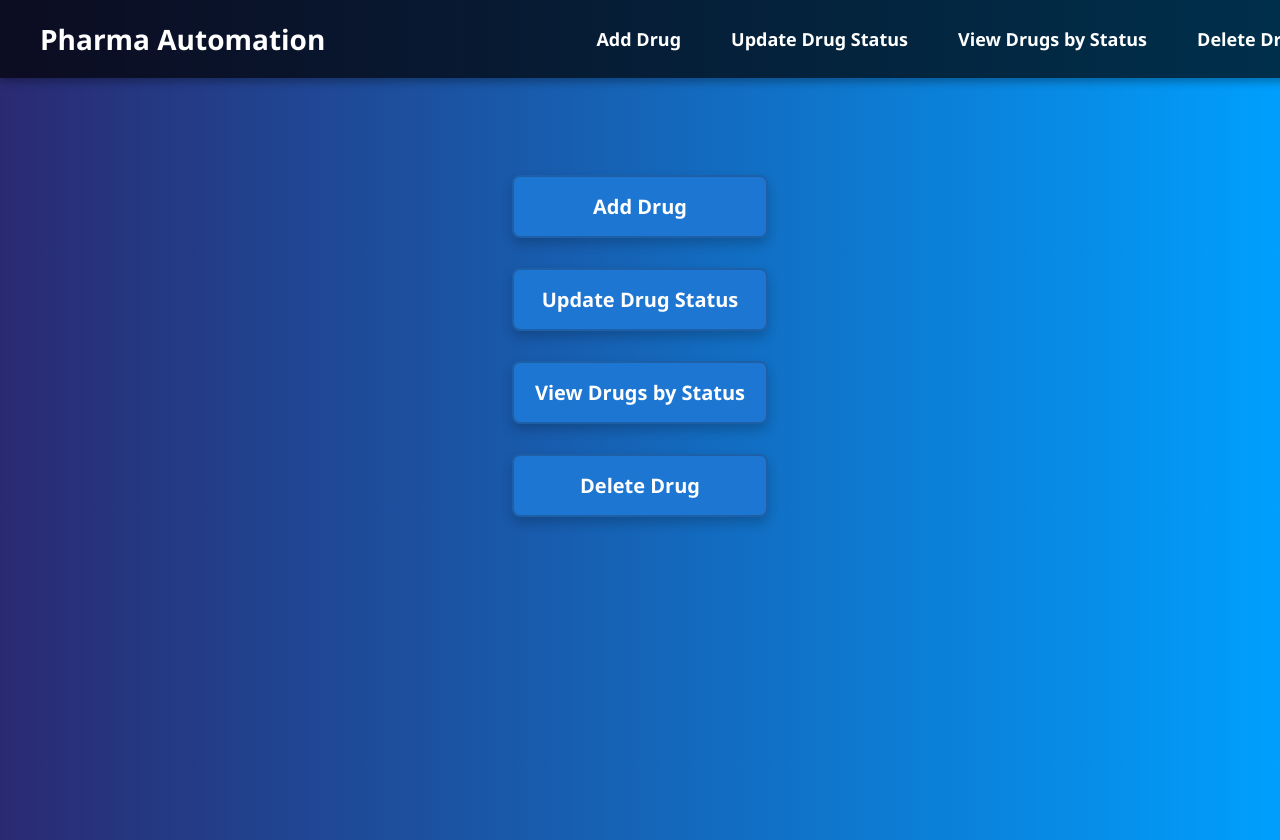
Repository: Clarrieous/Infosys-intern
Page: http://localhost/index
An editor plug-in stored every save of this project. The page is shown before and after the next save, followed by the edit.
The browser window is 1280 px wide. The pictures show the whole page.
The page is this project's Thymeleaf template; nobody is signed in. The template is opened directly, without the code that normally fills it, so the values that code supplies are empty.

Above is the page before, as saved 2024-12-08 12:55:46.

After the next save:
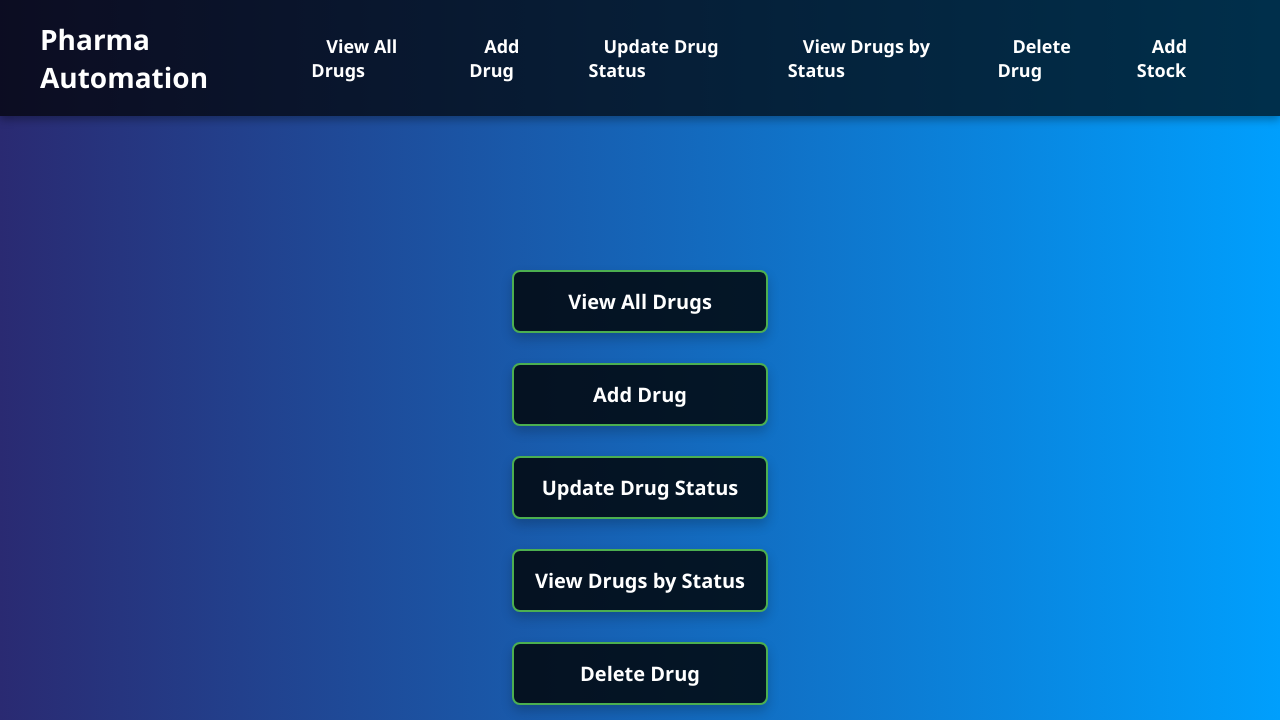
Saved 48 s later.
--- a/ClientService/src/main/resources/templates/index.html
+++ b/ClientService/src/main/resources/templates/index.html
@@ -14,23 +14,16 @@
             height: 100vh;
             display: flex;
             flex-direction: column;
-            align-items: center;
-            padding-top: 120px; /* Increased space for the fixed navbar */
+            justify-content: space-between;
         }
 
         .navbar {
-            width: 100%;
-            position: fixed; /* Fix the navbar to the top */
-            top: 0;
-            left: 0;
             display: flex;
             justify-content: space-between;
             align-items: center;
             padding: 20px 40px;
             background-color: rgba(0, 0, 0, 0.7);
             box-shadow: 0 4px 8px rgba(0, 0, 0, 0.3);
-            z-index: 1000; /* Ensure navbar stays on top */
-            flex-wrap: wrap; /* Allow wrapping on smaller screens */
         }
 
         .navbar h1 {
@@ -45,7 +38,6 @@
             margin: 0;
             padding: 0;
             display: flex;
-            flex-wrap: wrap; /* Ensure items wrap on small screens */
         }
 
         .navbar ul li {
@@ -63,7 +55,7 @@
         }
 
         .navbar ul li a:hover {
-            background-color: #1873b7;
+            background-color: #4CAF50;
             color: white;
         }
 
@@ -84,36 +76,36 @@
             font-size: 20px;
             font-weight: bold;
             color: #fff;
-            background-color: #1c76d2;
+            background-color: rgba(0, 0, 0, 0.8);
             text-decoration: none;
-            border: 2px solid #1e60a8;
+            border: 2px solid #4CAF50;
             border-radius: 8px;
             transition: all 0.3s ease;
             box-shadow: 0 6px 12px rgba(0, 0, 0, 0.2);
         }
 
         .button-list a:hover {
-            background-color: #1873b7;
+            background-color: #4CAF50;
             color: white;
             transform: translateY(-5px);
             box-shadow: 0 8px 16px rgba(0, 0, 0, 0.3);
         }
 
-		@media (max-width: 768px) {
-		            .navbar {
-		                flex-direction: column;
-		                align-items: flex-start;
-		            }
+        @media (max-width: 768px) {
+            .navbar {
+                flex-direction: column;
+                align-items: flex-start;
+            }
 
-		            .navbar ul {
-		                flex-direction: column;
-		            }
+            .navbar ul {
+                flex-direction: column;
+            }
 
-		            .button-list a {
-		                width: 90%;
-		                font-size: 18px;
-		                padding: 14px;
-		            }
+            .button-list a {
+                width: 90%;
+                font-size: 18px;
+                padding: 14px;
+            }
         }
     </style>
 </head>
@@ -122,19 +114,21 @@
     <div class="navbar">
         <h1>Pharma Automation</h1>
         <ul>
+            <li><a th:href="@{/viewAllDrugs}">View All Drugs</a></li>
             <li><a th:href="@{/addDrug}">Add Drug</a></li>
             <li><a th:href="@{/updateStatus}">Update Drug Status</a></li>
             <li><a th:href="@{/viewDrugStatus}">View Drugs by Status</a></li>
             <li><a th:href="@{/deleteDrug}">Delete Drug</a></li>
+            <li><a th:href="@{/addStock}">Add Stock</a></li>
         </ul>
     </div>
 
     <div class="button-list">
+        <a th:href="@{/viewAllDrugs}">View All Drugs</a>
         <a th:href="@{/addDrug}">Add Drug</a>
         <a th:href="@{/updateStatus}">Update Drug Status</a>
         <a th:href="@{/viewDrugStatus}">View Drugs by Status</a>
         <a th:href="@{/deleteDrug}">Delete Drug</a>
-
     </div>
 
 </body>
